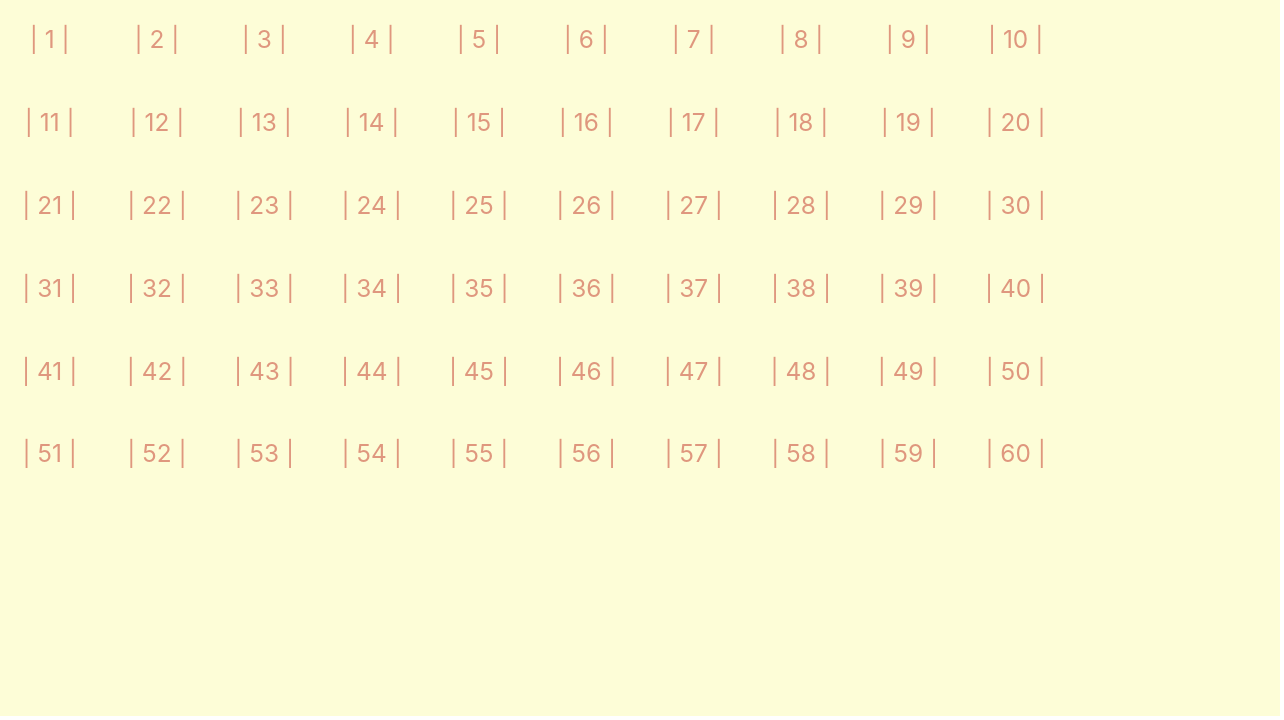
Repository: ghbamorim/megasenaapi
Page: / (app in mega-sena-client/)
The author's editor kept a copy of each file at every save. The page is drawn from the files as they stood at one save, then again after the next save.
The browser window is 1280 px wide. The page is 1284 px wide, so the pictures cover 1284 px, including what lies to the right of the window. The pictures show the whole page.
The project was rebuilt for these pictures with package versions that can differ from the ones it lists, and the page was loaded fresh each time. Also part of the build but not shown: mega-sena-client/src/App.css.

Above is the page before, as saved 2021-09-13 12:33:03.

After the next save:
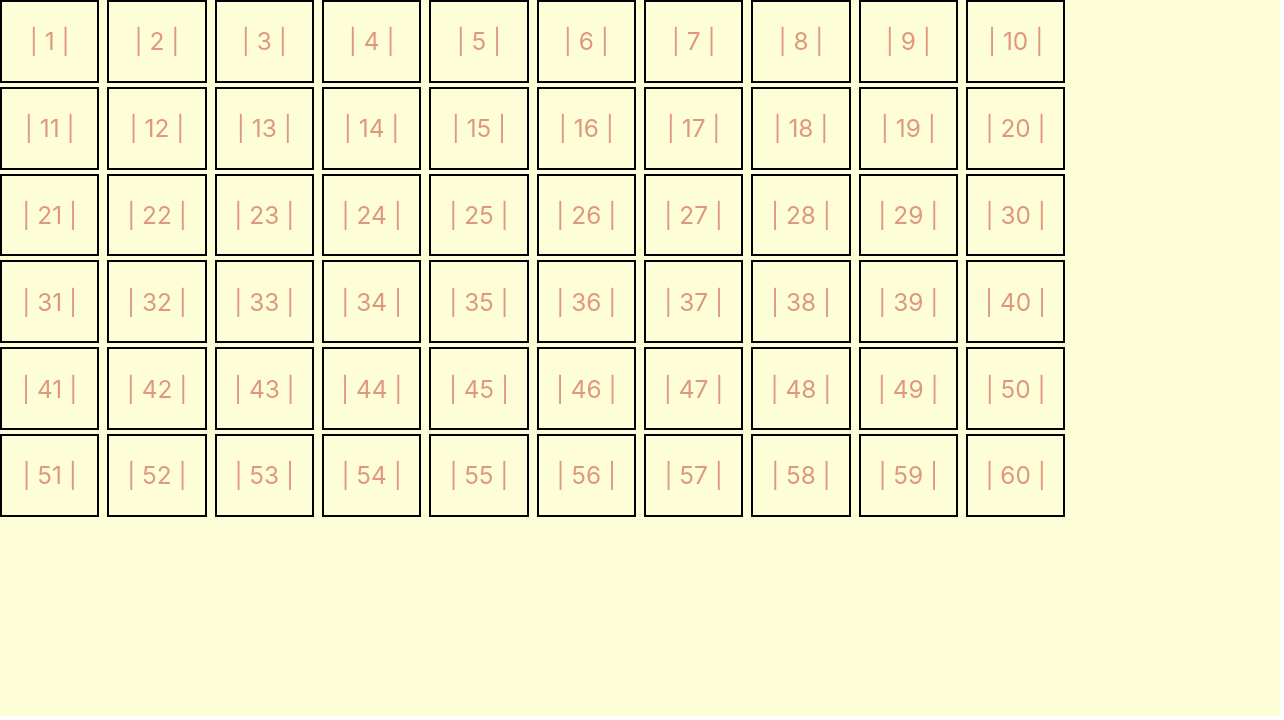
Saved 5 min 58 s later.
--- a/mega-sena-client/src/row.tsx
+++ b/mega-sena-client/src/row.tsx
@@ -13,6 +13,7 @@
 }));
 const Row: React.FC<IRowProps> = ({ startNumber, endNumber }: IRowProps) => {
   const cols: number[] = [];
+  const classes = useStyles();
   for (let i = 1; i <= 10; i++) {
     cols.push(i + endNumber);
   }
@@ -22,7 +23,7 @@
       {cols.map((i) => {
         return (
           <Grid item xs={1}>
-            <div className="App">
+            <div className={classes.selectedNumber}>
               <p>| {i} |</p>
             </div>
           </Grid>

After the save that followed:
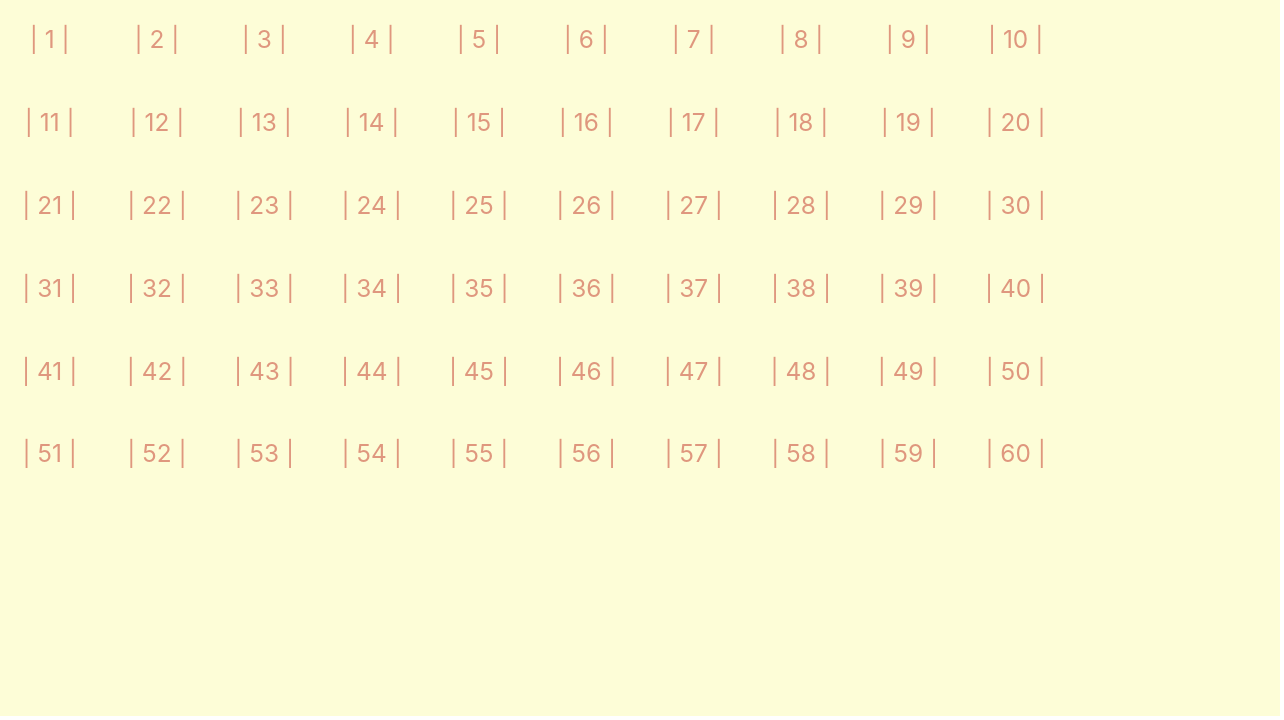
Saved 57 s later.
--- a/mega-sena-client/src/row.tsx
+++ b/mega-sena-client/src/row.tsx
@@ -3,7 +3,7 @@
 import { makeStyles } from "@material-ui/core/styles";
 
 interface IRowProps {
-  startNumber: number;
+  selected?: boolean;
   endNumber: number;
 }
 const useStyles = makeStyles((theme) => ({
@@ -11,7 +11,7 @@
     border: "2px solid black",
   },
 }));
-const Row: React.FC<IRowProps> = ({ startNumber, endNumber }: IRowProps) => {
+const Row: React.FC<IRowProps> = ({ selected, endNumber }: IRowProps) => {
   const cols: number[] = [];
   const classes = useStyles();
   for (let i = 1; i <= 10; i++) {
@@ -23,7 +23,7 @@
       {cols.map((i) => {
         return (
           <Grid item xs={1}>
-            <div className={classes.selectedNumber}>
+            <div className={selected ? classes.selectedNumber : undefined}>
               <p>| {i} |</p>
             </div>
           </Grid>
